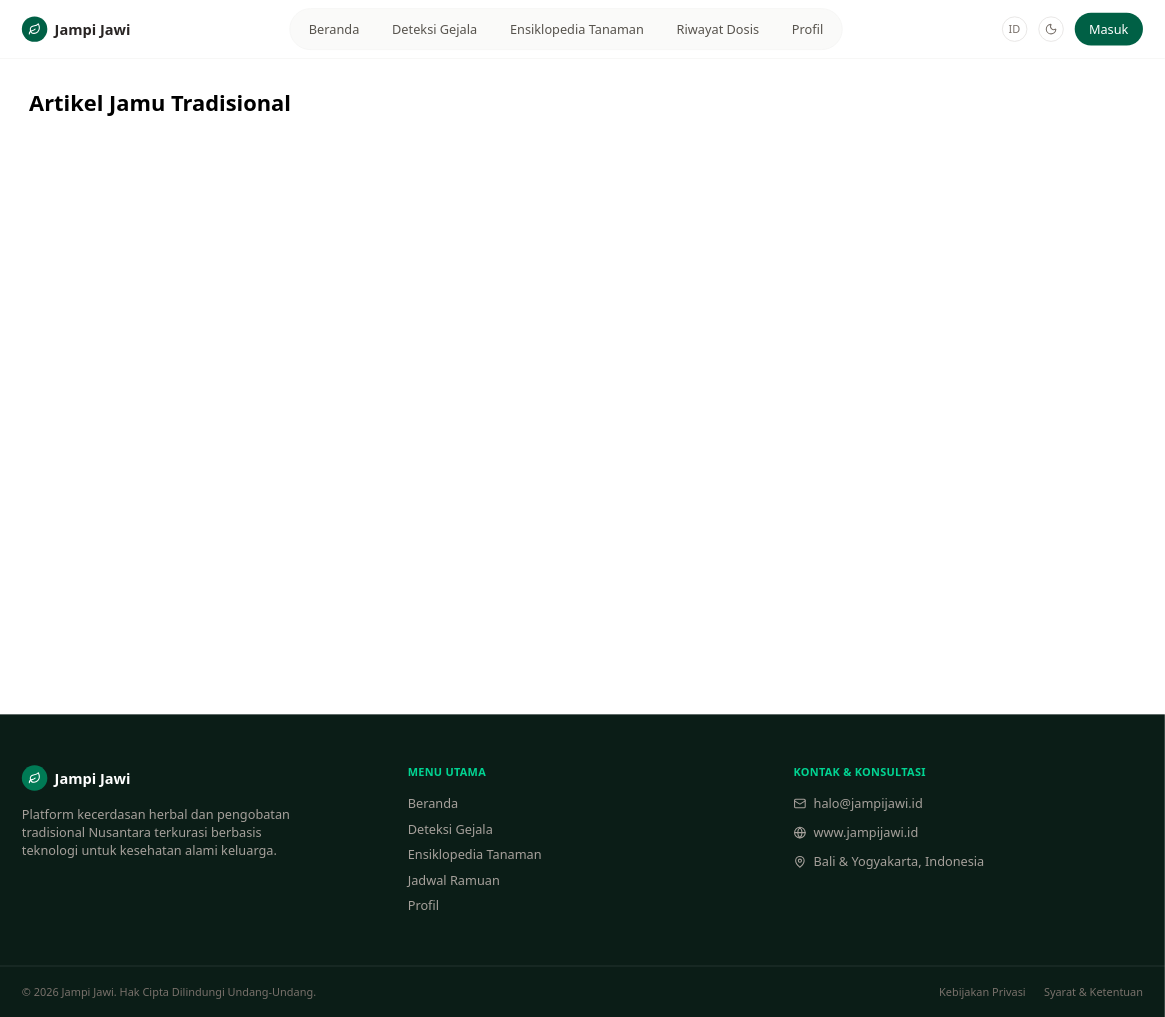
Repository: VergiMutiaRahmasyani/JampiJawi
Page: /artikel
These files come from the project's save history. The page is drawn as it stood at one moment and after the next save; the edit follows.
The browser window is 1280 px wide. The pictures show the whole page, at 91% of full size.
The project was rebuilt for these pictures with package versions that can differ from the ones it lists, and the page was loaded fresh each time. Also part of the build but not shown: vite.config.js, src/components/shared/ProtectedRoute.jsx, src/pages/HomePage.jsx, src/pages/LoginPage.jsx, src/pages/RegisterPage.jsx, src/pages/EnsiklopediaPage.jsx, src/pages/DetailHerbalPage.jsx, src/pages/RekomendasiPage.jsx and 5 more.

Above is the page before, as saved 2026-09-09 20:19:53.

After the next save:
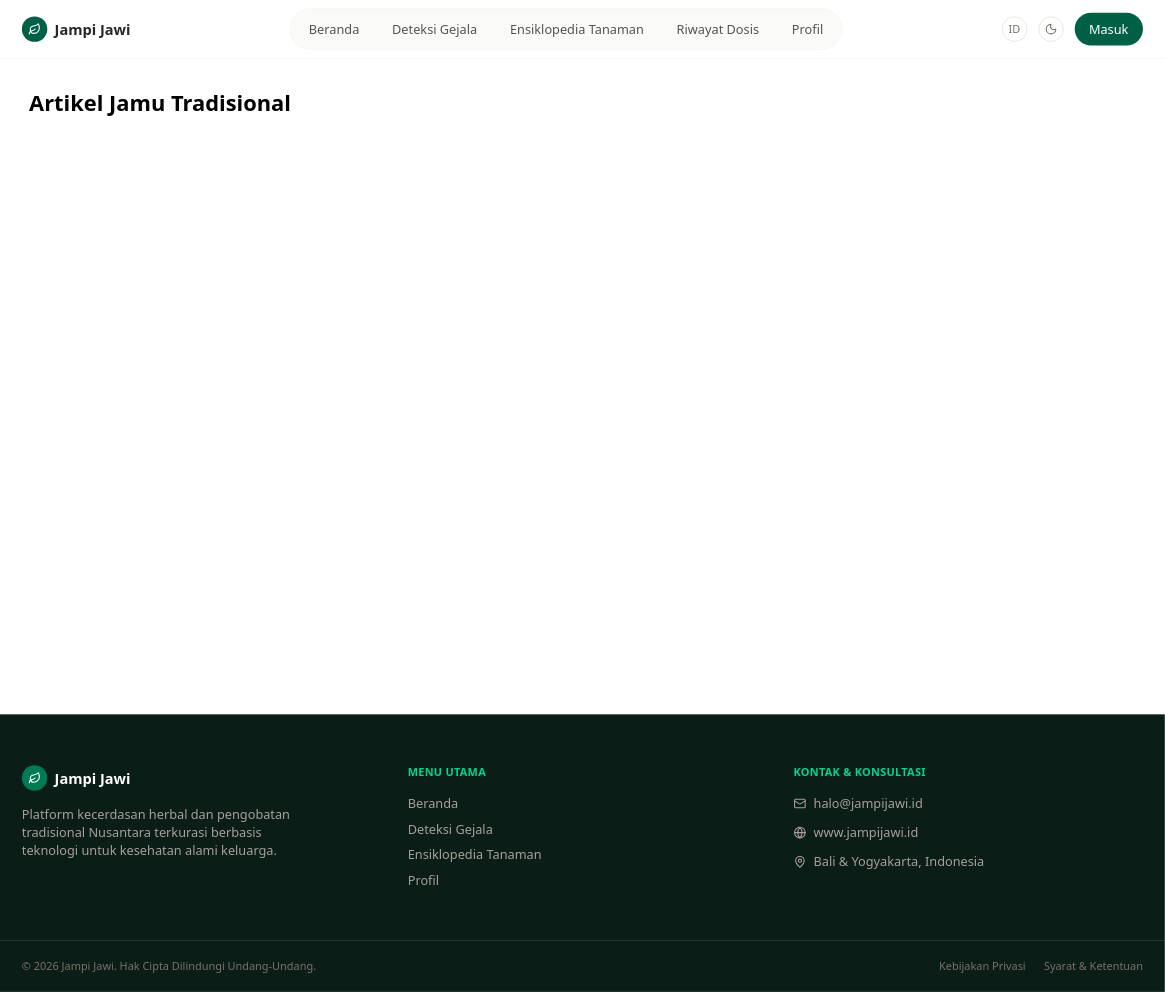
Saved 50 s later.
--- a/src/components/layout/Footer.jsx
+++ b/src/components/layout/Footer.jsx
@@ -5,7 +5,6 @@ const menuUtama = [
   { label: "Beranda", to: "/" },
   { label: "Deteksi Gejala", to: "/rekomendasi" },
   { label: "Ensiklopedia Tanaman", to: "/ensiklopedia" },
-  { label: "Jadwal Ramuan", to: "/riwayat" },
   { label: "Profil", to: "/profil" },
 ];
 
